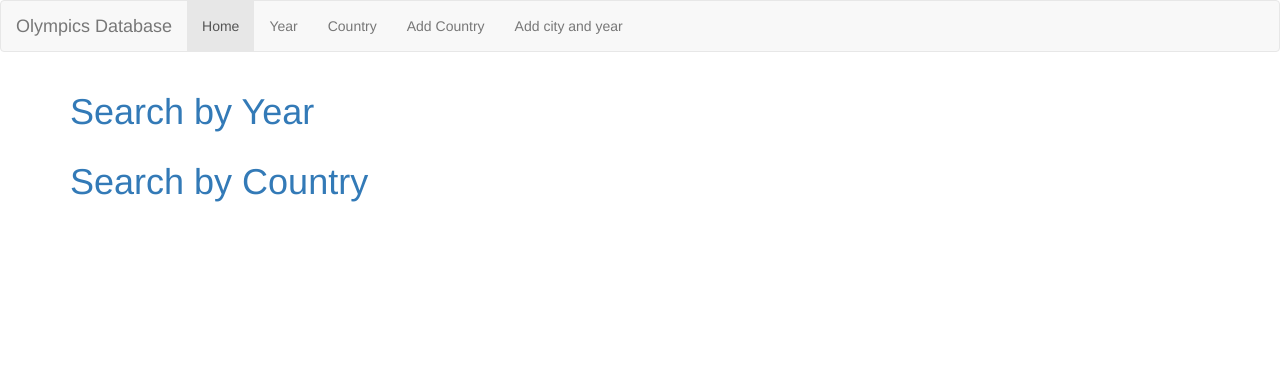
Repository: dkimbrel/repo
Page: http://localhost/
The author's editor kept a record of every edit. The page is drawn from the files as they stood at one moment, then again after the next edit.
The browser window is 1280 px wide. The pictures show the whole page.
The page is run by PHP 8.4 with error messages shown; the project is at /var/www/html/.

Above is the page before.
Console error (its wording comes from the project's code and is left out).

After the next edit:
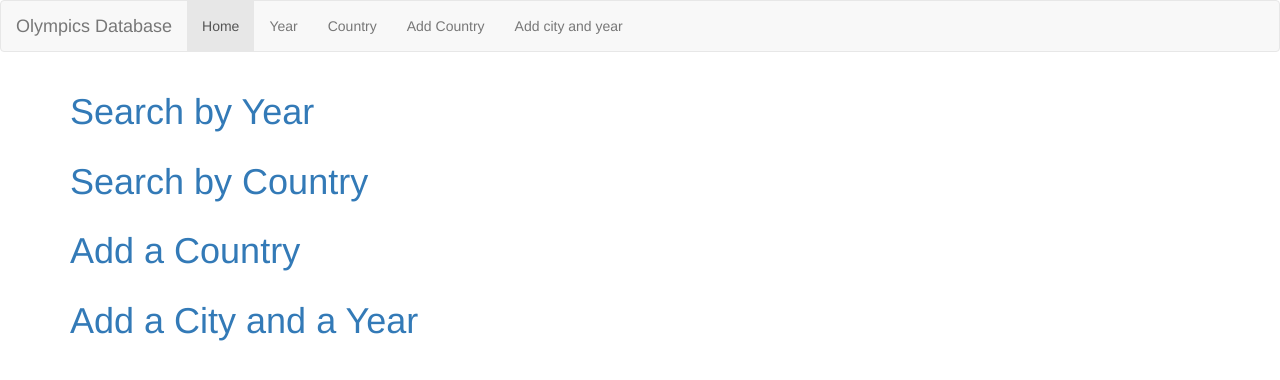
The edit:
--- a/index.php
+++ b/index.php
@@ -24,11 +24,15 @@
  </div>
  </div>
    <div class="container" style = "text-color: #F00;">
-
-
  <h1><a href="country.php">Search by Country</a></h1>
-
-
+ </div>
+  </div>
+   <div class="container" style = "text-color: #F00;">
+ <h1><a href="addCountry.php">Add a Country</a></h1>
+ </div>
+  </div>
+   <div class="container" style = "text-color: #F00;">
+ <h1><a href="addYear.php">Add a City and a Year </a></h1>
  </div>
 <body>
 
